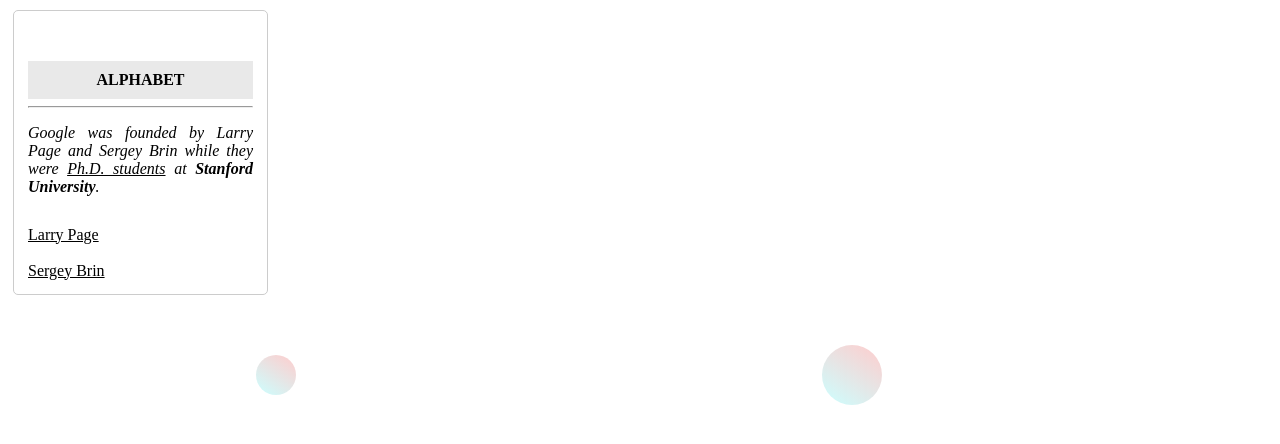
Repository: betsya97/freeCodeCamp_WebBasics
Page: html/appliedVisuals.html
The author's editor kept a copy of each file at every save. The page is drawn from the files as they stood at one save, then again after a run of saves.
The browser window is 1280 px wide. The pictures show the whole page.

Above is the page before, as saved 2021-03-07 23:24:08.

After the next 2 saves:
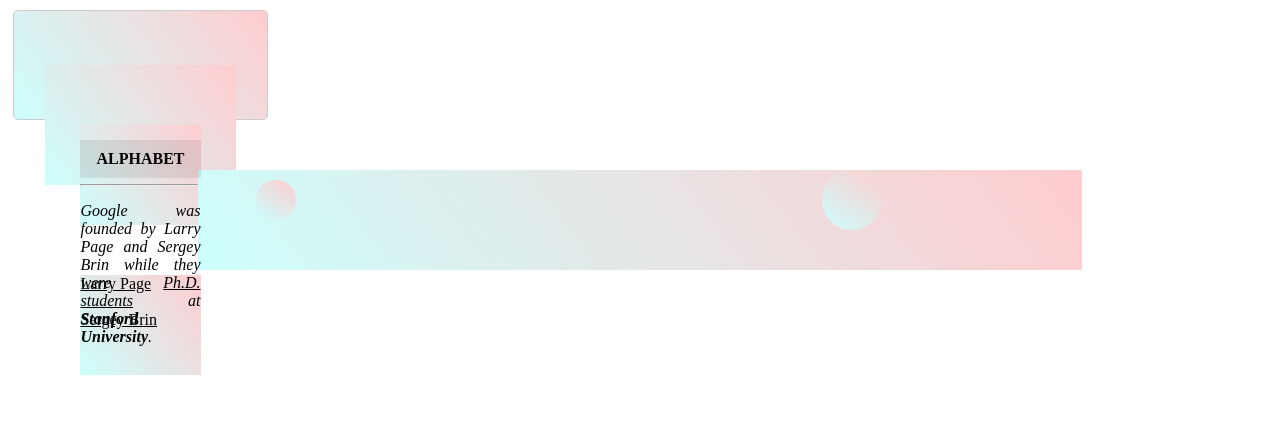
The 2 saves are shown as one change because they came seconds apart.
The last was saved 19 s later.
--- a/html/appliedVisuals.html
+++ b/html/appliedVisuals.html
@@ -82,4 +82,23 @@
   <div class="ball" id= "ball1"></div>
   <div class="ball" id= "ball2"></div>
 
- <!--ineractivity-->
+ <!--ineractivity when hovering over an element is possible-->
+ <style>
+  div {
+    width: 70%;
+    height: 100px;
+    margin:  50px auto;
+    background: linear-gradient(
+      53deg,
+      #ccfffc,
+      #ffcccf
+    );
+  }
+  div:hover{
+    transform: scale(1.1);
+  }
+
+
+</style>
+
+<div></div>
